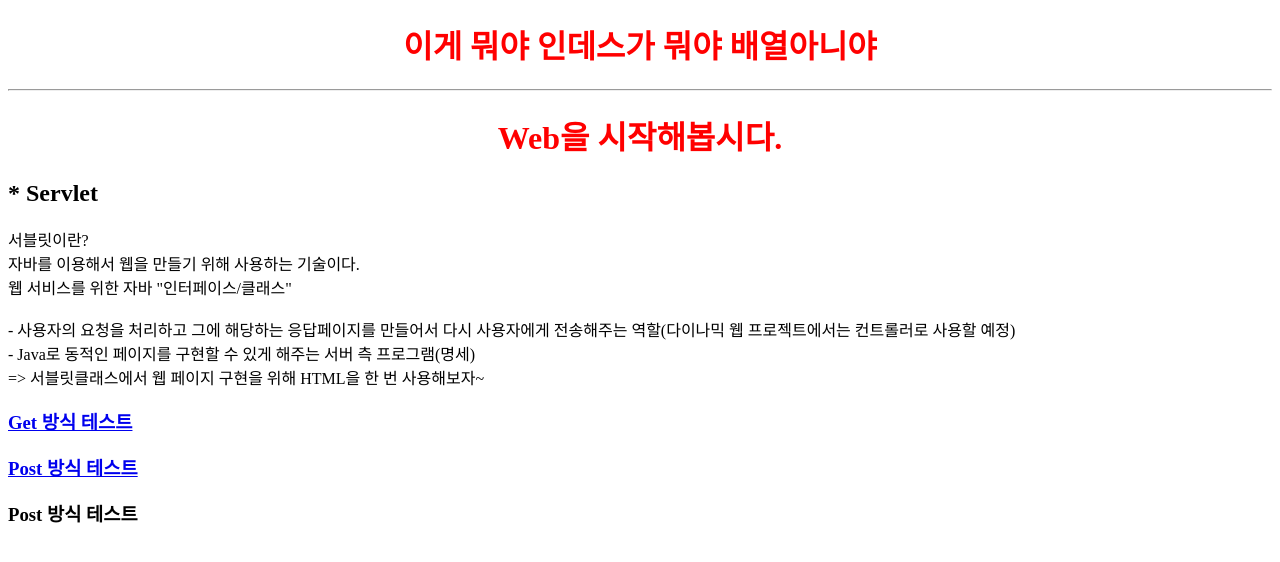
Repository: dltbxkfm86-creator/web
Page: MyFirstWebProject/src/main/webapp/index.html
An editor plug-in stored every save of this project. The page is shown before and after the next save, followed by the edit.
The browser window is 1280 px wide. The pictures show the whole page.

Above is the page before, as saved 2025-09-23 03:01:14.

After the next save:
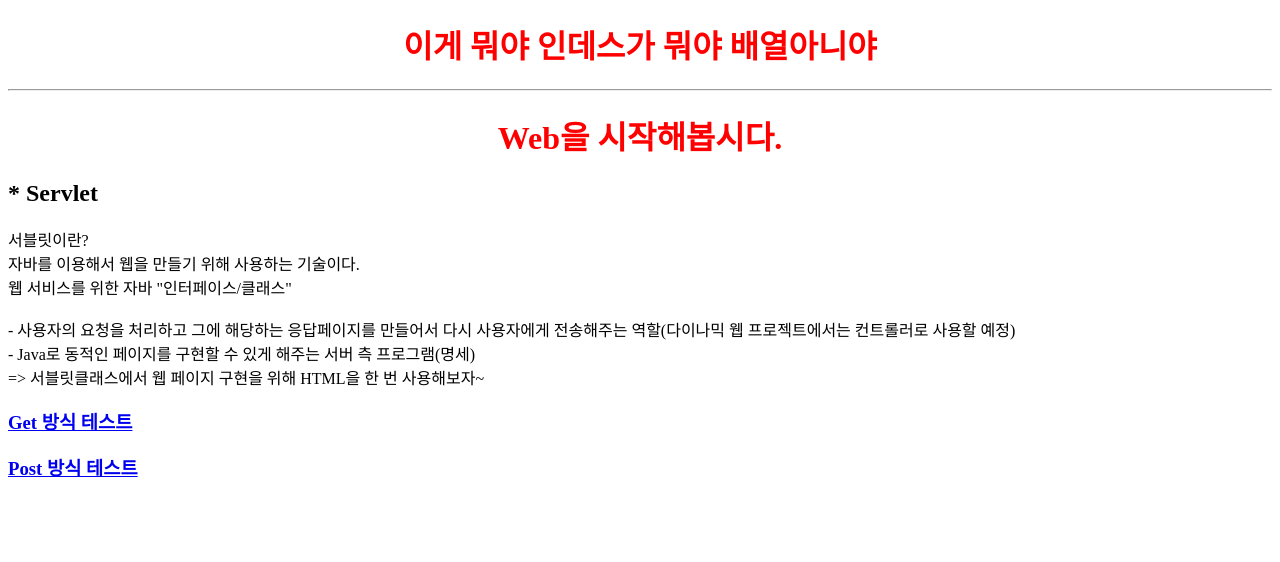
Saved 20 s later.
--- a/MyFirstWebProject/src/main/webapp/index.html
+++ b/MyFirstWebProject/src/main/webapp/index.html
@@ -106,8 +106,6 @@
 	<h3><a href="views/request_get.html">Post 방식 테스트</a></h3>
 
 
-	<h3><a>Post 방식 테스트</a></h3>
-
 
 
 
